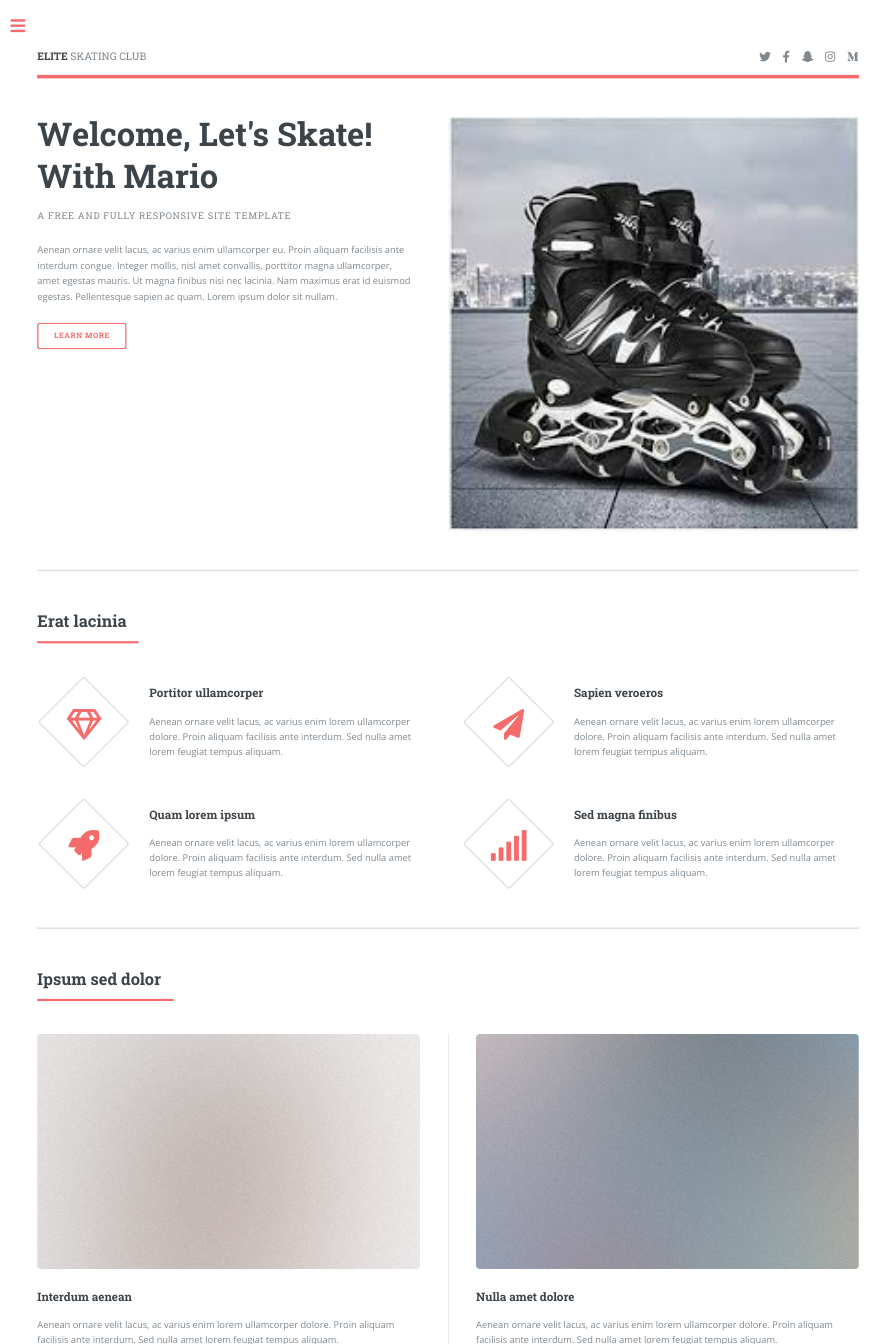
Repository: rachel648/New_Elite
Page: index.html
The author's editor kept a copy of each file at every save. The page is drawn from the files as they stood at one save, then again after the next save.
The browser window is 1280 px wide. The pictures show the part of the page from y = 0 to 1920 px (the page is 3230 px tall before and 2968 px after), at 70% of full size.

Above is the page before, as saved 2024-09-20 13:34:11.

After the next save:
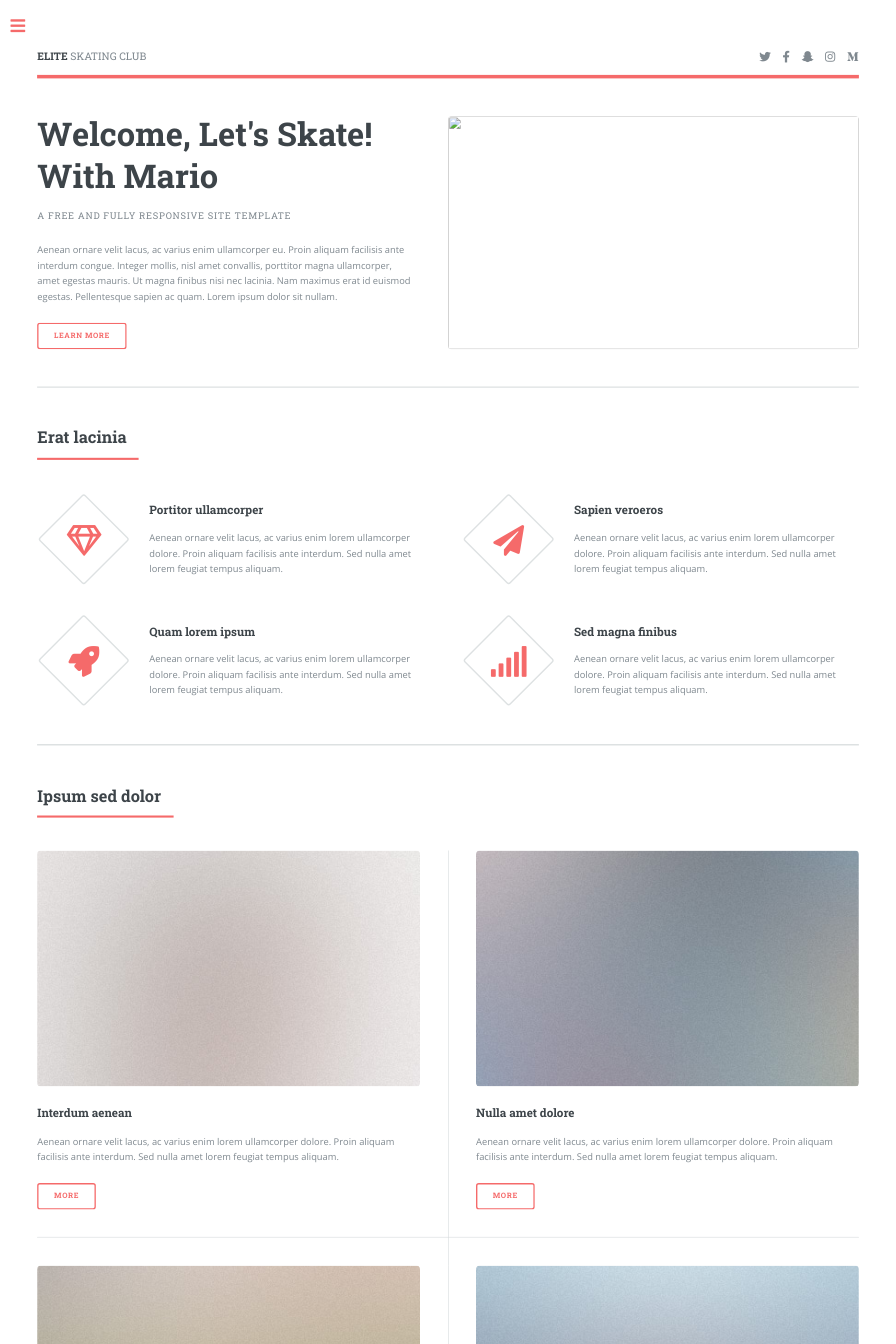
Not found: images/skateone-removebg-preview.jpg
Saved 44 s later.
--- a/index.html
+++ b/index.html
@@ -41,7 +41,7 @@
 										</ul>
 									</div>
 									<span class="image object">
-										<img src="images/skateone.jpg" alt="" />
+										<img src="images/skateone-removebg-preview.jpg" alt="" />
 									</span>
 								</section>
 

After the save that followed:
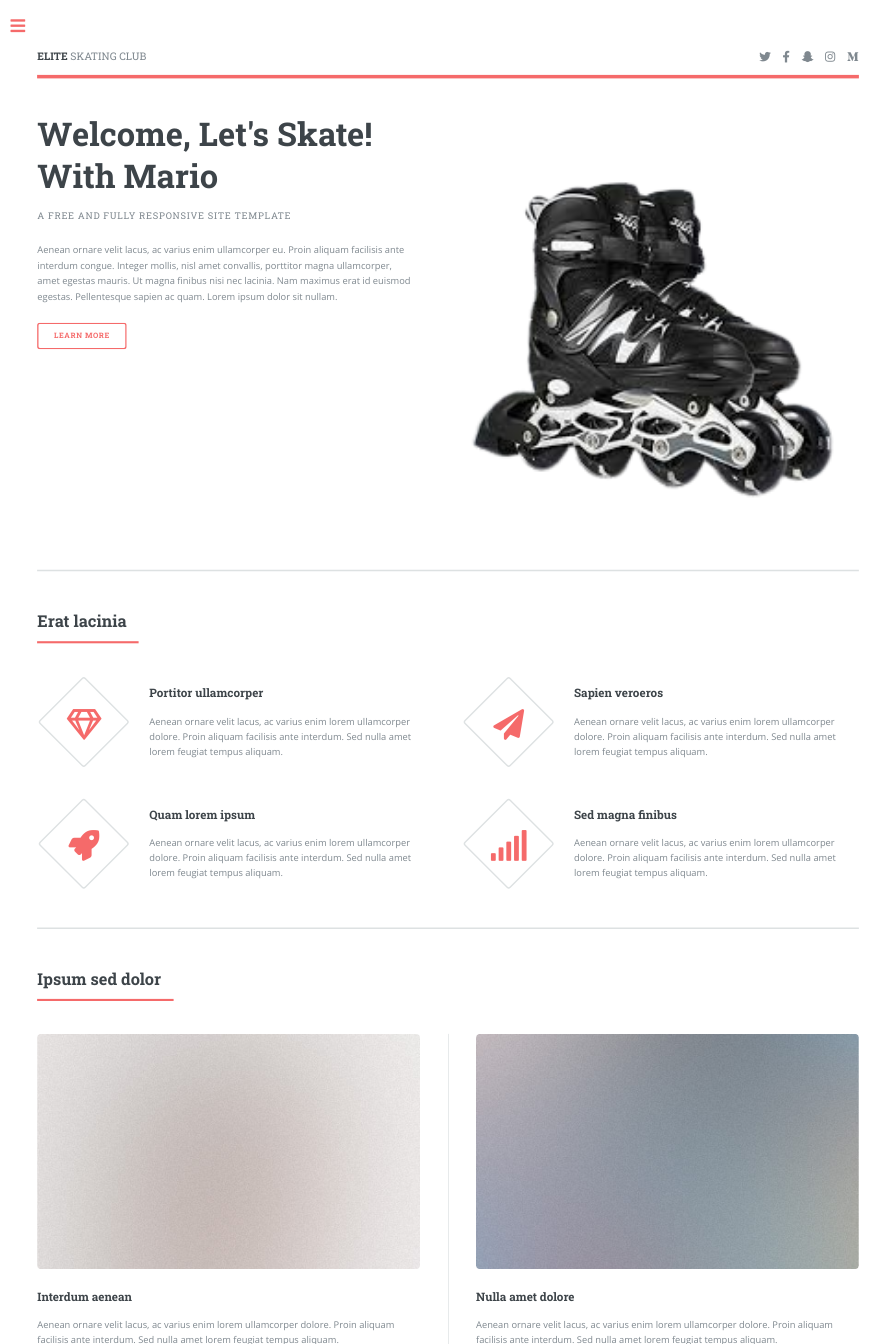
Saved 22 s later.
--- a/index.html
+++ b/index.html
@@ -41,7 +41,7 @@
 										</ul>
 									</div>
 									<span class="image object">
-										<img src="images/skateone-removebg-preview.jpg" alt="" />
+										<img src="images/skateone-removebg-preview.png" alt="" />
 									</span>
 								</section>
 
